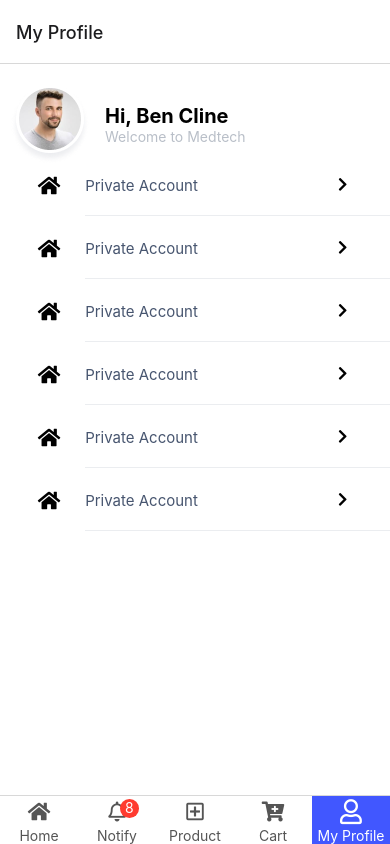
Repository: ntu34543/designReactNative
Screen: /My Profile
The author's editor kept a copy of each file at every save. The screen is drawn from the files as they stood at one save, then again after the next save.
The app was drawn by React Native's web renderer in a window 390 px wide. The project was rebuilt for these pictures with package versions that can differ from the ones it lists, and the page was loaded fresh each time. Some packages were replaced by stand-ins written for this rebuild. Also part of the build but not shown: page/DiabetesCare.js, page/Notify.js, page/Cart.js.

Above is the screen before, as saved 2022-11-02 10:57:36.

### App.js
import { StatusBar } from "expo-status-bar";
import { StyleSheet, Text, View, Pressable, TabBarIOSItem } from "react-native";
import { NavigationContainer } from "@react-navigation/native";
import { createStackNavigator } from "@react-navigation/stack";
import ScreenA from "./page/Home";
import ScreenB from "./page/DiabetesCare";
import Profile from "./page/Profile";
import Notify from "./page/Notify";
import Cart from "./page/Cart";
import FontAwesome5 from "react-native-vector-icons/FontAwesome5";
import { createBottomTabNavigator } from "@react-navigation/bottom-tabs";

const Tab = createBottomTabNavigator();
const Stack = createStackNavigator();
// const Tab = createStackNavigator();
export default function App() {
  return (
    <NavigationContainer>
      <Tab.Navigator
        // screenOptions={{ header: () => null }}
        screenOptions={({ route }) => ({
          tabBarIcon: ({ focused, size, color }) => {
            let iconName;
            if (route.name === "Home") {
              iconName = "home";
              size = focused ? 25 : 20;
              // color = focused ? "#f0f" : "#555";
            } else if (route.name === "Product") {
              iconName = "plus-square";
              size = focused ? 25 : 20;
              // color = focused ? "#f0f" : "#555";
            } else if (route.name === "My Profile") {
              iconName = "user";
              size = focused ? 25 : 20;
              // color = focused ? "#f0f" : "#555";
            } else if (route.name === "Notify") {
              iconName = "bell";
              size = focused ? 25 : 20;
              // color = focused ? "#f0f" : "#555";
            } else if (route.name === "Cart") {
              iconName = "cart-plus";
              size = focused ? 25 : 20;
              // color = focused ? "#f0f" : "#555";
            }
            return <FontAwesome5 name={iconName} size={size} color={color} />;
          },
        })}
        tabBarOptions={{
          activeTintColor: "white",
          activeBackgroundColor: "#4157ff",
          inactiveTintColor: "#555",
          inactiveBackgroundColor: "white",
          showLabel: true,
          labelStyle: { fontSize: 14 },
        }}
      >
        <Tab.Screen
          name="Home"
          component={ScreenA}
          // options={{ tabBarBadge: 3 }}
        />
        {/* options={{header: () => null}} */}
        <Tab.Screen name="Notify" options={{ tabBarBadge: 8 }} component={Notify} />
        <Tab.Screen name="Product" component={ScreenB} />
        <Tab.Screen name="Cart" component={Cart} />
        <Tab.Screen name="My Profile" component={Profile} />
      </Tab.Navigator>
    </NavigationContainer>
  );
}

### page/Home.js
import { StatusBar } from "expo-status-bar";
import { StyleSheet, Text, View, Pressable } from "react-native";

export default function ScreenA({ navigation }) {
  const onPressHandler = () => {
    navigation.navigate("Screen_B");
    // navigation.replace("Screen_B");
  };
  return (
    <View style={styles.body}>
      <Text style={styles.text}>Home</Text>
      <Pressable
        onPress={onPressHandler}
        style={({ pressed }) => ({
          backgroundColor: pressed ? "#ddd" : "#0f0",
        })}
      >
        <Text style={styles.text}>Go to the Screen B</Text>
      </Pressable>
    </View>
  );
}

const styles = StyleSheet.create({
  body: {
    flex: 1,
    justifyContent: "center",
    alignItems: "center",
  },
  text: {
    fontSize: 30,
    fontWeight: "bold",
  },
});

### page/Profile.js
import { useState } from "react";
import { StatusBar } from "expo-status-bar";
import {
  StyleSheet,
  Text,
  View,
  Pressable,
  Image,
  ScrollView,
  FlatList,
  SafeAreaView,
} from "react-native";
import FontAwesome5 from "react-native-vector-icons/FontAwesome5";

export default function Profile({ navigation }) {
  const onPressHandler = () => {
    navigation.navigate("Screen_A");
    // navigation.goBack();
  };
  return (
    <View style={styles.body}>
      <View style={styles.header}>
        <Image
          style={styles.image}
          source={require("../assets/img/profile.png")}
        />
        <View style={styles.inf}>
          <Text style={styles.text1}>Hi, Ben Cline</Text>
          <Text style={styles.text2}>Welcome to Medtech</Text>
        </View>
      </View>
      <View style={styles.main}>
        <View style={styles.block}>
          <FontAwesome5 name="home" size={20} style={styles.iconHome} />
          <View style={styles.item}>
            <Text style={styles.text3}>Private Account</Text>
            <FontAwesome5 name="chevron-right" size={15} color="black" style={styles.iconChevron} />
          </View>
        </View>
        <View style={styles.block}>
          <FontAwesome5 name="home" size={20} style={styles.iconHome} />
          <View style={styles.item}>
            <Text style={styles.text3}>Private Account</Text>
            <FontAwesome5 name="chevron-right" size={15} color="black" style={styles.iconChevron} />
          </View>
        </View>
        <View style={styles.block}>
          <FontAwesome5 name="home" size={20} style={styles.iconHome} />
          <View style={styles.item}>
            <Text style={styles.text3}>Private Account</Text>
            <FontAwesome5 name="chevron-right" size={15} color="black" style={styles.iconChevron} />
          </View>
        </View>
        <View style={styles.block}>
          <FontAwesome5 name="home" size={20} style={styles.iconHome} />
          <View style={styles.item}>
            <Text style={styles.text3}>Private Account</Text>
            <FontAwesome5 name="chevron-right" size={15} color="black" style={styles.iconChevron} />
          </View>
        </View>
        <View style={styles.block}>
          <FontAwesome5 name="home" size={20} style={styles.iconHome} />
          <View style={styles.item}>
            <Text style={styles.text3}>Private Account</Text>
            <FontAwesome5 name="chevron-right" size={15} color="black" style={styles.iconChevron} />
          </View>
        </View>
        <View style={styles.block}>
          <FontAwesome5 name="home" size={20} style={styles.iconHome} />
          <View style={styles.item}>
            <Text style={styles.text3}>Private Account</Text>
            <FontAwesome5 name="chevron-right" size={15} color="black" style={styles.iconChevron} />
          </View>
        </View>
      </View>
    </View>
  );
}

const styles = StyleSheet.create({
  body: {
    flex: 1,
    backgroundColor: "white",
    paddingLeft: 10,
    paddingRight: 0,
  },
  text: {
    fontSize: 30,
    fontWeight: "bold",
  },
  header: {
    flexDirection: "row",
    alignItems: "center",
    marginTop: 20,
  },
  inf: {
    marginLeft: 15,
  },
  image: {},
  text1: {
    fontWeight: "bold",
    fontSize: 20,
  },
  text2: {
    fontWeight: "light",
    fontSize: 14,
    color: "#b9bfc8",
  },
  main: {},
  block: {
    flexDirection: "row",
    alignItems: "center",
    justifyContent: "center",
    padding: 10,
  },
  item: {
    flexDirection: "row",
    borderBottomWidth: 1,
    borderBottomColor: "#091C3F14",
    marginLeft: 25,
    alignItems: "center",
    paddingRight: 45,
    paddingBottom: 20,
  },
  text3: {
    color: "#091C3FBF",
    fontWeight: "light",
    fontSize: 15,
  },
  iconChevron : {
    paddingLeft: 140,
  },
  iconHome: {
    marginLeft: 30,
    paddingBottom: 20,
  }
});

After the next save:
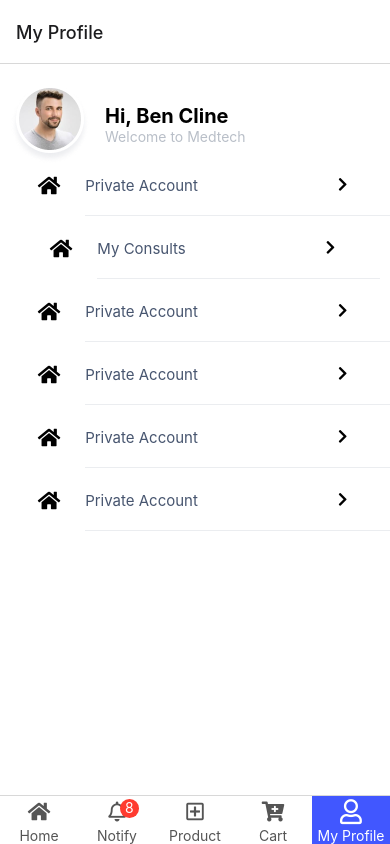
Saved 30 s later.
--- a/page/Profile.js
+++ b/page/Profile.js
@@ -40,7 +40,7 @@ export default function Profile({ navigation }) {
         <View style={styles.block}>
           <FontAwesome5 name="home" size={20} style={styles.iconHome} />
           <View style={styles.item}>
-            <Text style={styles.text3}>Private Account</Text>
+            <Text style={styles.text3}>My Consults</Text>
             <FontAwesome5 name="chevron-right" size={15} color="black" style={styles.iconChevron} />
           </View>
         </View>
